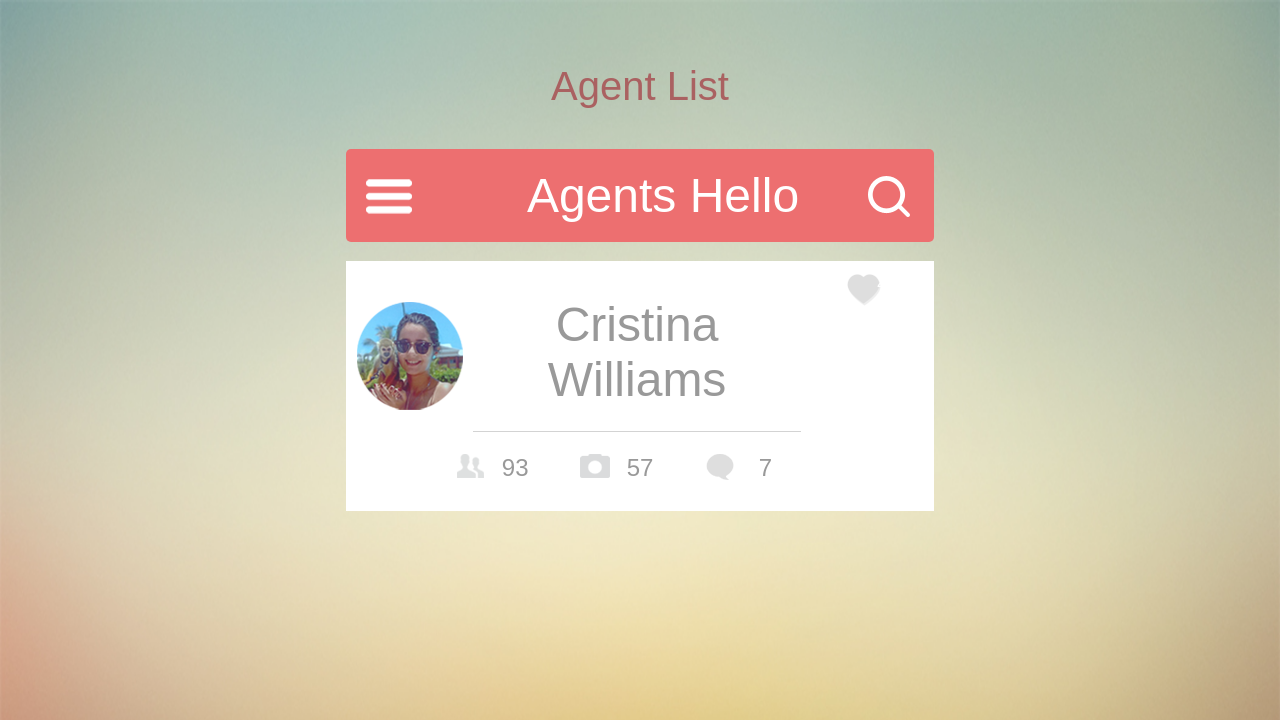
Repository: vibhu95/MatchFinder
Page: http://localhost/MatchFinder/agentsList.jsp
The author's editor kept a copy of each file at every save. The page is drawn from the files as they stood at one save, then again after the next save.
The browser window is 1280 px wide. The pictures show the whole page.
Some web fonts or font styles are not loaded; a fallback is used. The page is served by Tomcat 9. Other server files are loaded and not shown. Queries for data that is not in the repository find no rows.

Above is the page before, as saved 2018-02-01 02:40:23.

### workspace/MatchFinder/WebContent/agentsList.jsp
<%@page import="java.sql.*" %>
<%@page import="java.io.*" %>
<%@page import="java.util.ArrayList" %>
<%@page import="com.classes.*" %>

<head>
<script type="application/x-javascript"> addEventListener("load", function() { setTimeout(hideURLbar, 0); }, false); function hideURLbar(){ window.scrollTo(0,1); } </script>
<link href="agents/css/style.css" rel="stylesheet" type="text/css" media="all" />
<script src="agents/js/jquery.js" type="text/javascript"></script>
<link href='http://fonts.googleapis.com/css?family=Raleway:400,100,500,700,200,300' rel='stylesheet' type='text/css'>
</head>
<body>
<!--start-body-->
			<!--star-wrapper-demo-->
			<div class="wrapper-demo">
				<h1>Agent List</h1>
				<!--start-wrapper-dropdown-2-->
					<div id="dd" class="wrapper-dropdown-2 active" tabindex="1">Agents<i><img src="agents/images/menu.png"/></i>
									 <!-- start search-->
				    <div class="search-box">
					    <div id="sb-search" class="sb-search">
							<form action="#" method="post">
								<input class="sb-search-input" placeholder="Enter your search term..." onkeyup="" type="search" name="search" id="search">
								<input class="sb-search-submit" type="submit" value="">
								<span class="sb-icon-search"> </span>
							</form>
						</div>
				    </div>
				    <!-- search-scripts -->
					<script src="agents/js/classie.js"></script>
					<script src="agents/js/uisearch.js"></script>
						<script>
							new UISearch( document.getElementById( 'sb-search' ) );
							function sendInfo(){
								  var v=document.getElementById('search').value;
								  var url="Agents?val="+v;
								  alert(url);
								  if(window.XMLHttpRequest){
								   request=new XMLHttpRequest();
								  }
								  else if(window.ActiveXObject){
								  request=new ActiveXObject("Microsoft.XMLHTTP");
								  }
								  try{
								  request.onreadystatechange=getInfo();
								  request.open("GET",url,true);
								  request.send();
								  }catch(e){alert("Unable to connect to server");}
								  }
								  function getInfo(){
									  alert("getInf");
								  if(request.readyState==4){
									  alert("getInf readystat 4");
								  var val=request.responseText;
								  alert("getInf readystat 4 after val "+val);
									//  document.getElementById('valid').innerHTML=val;
								  alert(val);
								  }
								  alert("getInf end out of if");
								  }

						</script>
					<!-- /search-scripts -->
 				<!-- end search-->

 	<%
 	ArrayList<UserBean> all = new ArrayList<>();
 	ResultSet rs;
//	String search = request.getParameter("val");
    Connection con = (Connection) ConnectionCon.getConnection();
		try {
			Statement stm = (Statement) con.createStatement();
   //        rs = stm.executeQuery("select * from agents where ( concat(name,concat(email,concat(contact,address))) like '%"+ %> <script>document.write(document.getElementById("search").value);</script> <% //"%')");
		     rs = stm.executeQuery("select * from agents");
		   while(rs.next()){
			   UserBean b = new UserBean();
			   b.setId(rs.getInt("agent_id"));
		    	b.setName(rs.getString("name"));
		    	b.setAge_of_agent(Integer.parseInt(rs.getString("age_of_agent")));
		    	b.setAge_of_Business(Integer.parseInt(rs.getString("age_of_business")));
		    	b.setEmail(rs.getString("email"));
		    	b.setAddress(rs.getString("address"));
		    	b.setPassword(rs.getString("password"));
		    	Blob blob = rs.getBlob("dp");
		        byte[] byteArray = blob.getBytes(1, (int)blob.length());
		     	b.setDp(byteArray);
		    	b.setSub_amt(rs.getInt("sub_amt"));
		    	b.setContact(Long.parseLong(rs.getString("contact")));
		    	b.setLat(Double.parseDouble(rs.getString("latitude")));
		    	b.setLan(Double.parseDouble(rs.getString("longitude")));
		    	b.setStatus(rs.getInt("status"));
		        b.setMsg("Sucessfully logged In ");
		        b.setUpdate(1);
		        all.add(b);
		        System.out.println("SuccessFull Ajax of agent.java");
		    }
		    session.setAttribute("all", all);
		 out.print("hello");
	    } catch (SQLException e) {
			 }
 %>
 							<ul class="dropdown">
<%  for(UserBean b : all){
%>

								<div class="friends-grids">
									<div class="grids-left">
										<img src="getImage.jsp?id=<%=b.getId() %>" />
									</div>
									<div class="friend-grid"><p class="flowers">14k</p></div>
									<div class="grids-right">
										<h2><%=b.getName() %></h2>
										<img src="agents/images/heart.png" />
									<ul class="grids-right-info">
											<li class="user"><%=b.getAge_of_agent() %></li>
											<li class="camera"><%=b.getAge_of_Business() %></li>
											<li class="chat"><%=b.getId() %></li>
										<div class="clear"> </div>
									</ul>
									</div>
									<div class="clear"> </div>
								</div>
<%
}
%>
					           <div class="friends-grids">
									<div class="grids-left">
										<img src="agents/images/a2.png" />
									</div>
									<div class="friend-grid"><p class="flowers">21k</p></div>
									<div class="grids-right">
										<h2>Cristina Williams</h2>
										<!--<img src="agents/images/heart.png" />-->
									<ul class="grids-right-info">
											<li class="user">93</li>
											<li class="camera">57</li>
											<li class="chat">7</li>
										<div class="clear"> </div>
									</ul>
									</div>
									<div class="clear"> </div>
								</div>
							</ul>
					</div>
			</div>
			<!--end-wrapper-dropdown-2-->


			<!--start-script-->
			<script type="text/javascript">
							function DropDown(el) {
								this.dd = el;
								this.initEvents();
							}
							DropDown.prototype = {
								initEvents : function() {
									var obj = this;

									obj.dd.on('click', function(event){
										$(this).toggleClass('active');
										event.stopPropagation();
									});
								}
							}
							$(function() {

								var dd = new DropDown( $('#dd') );

								$(document).click(function() {
									// all dropdowns
									$('.wrapper-dropdown-2').removeClass('active');
								});

							});
			</script>
			<!--end-script-->
			<!--end-wrapper-demo-->

### workspace/MatchFinder/src/com/classes/ConnectionCon.java
package com.classes;
import java.sql.Connection;
import java.sql.DriverManager;

public class ConnectionCon
{
	static Connection con = null;
	public static Connection getConnection(){
	try{
		Class.forName("com.mysql.jdbc.Driver");
	    con = DriverManager.getConnection("jdbc:mysql://localhost:3306/db","root", "");
	   }
	catch(Exception e){
		System.out.println(e);
	     }
	return con;
	}
}

### workspace/MatchFinder/WebContent/agents/css/style.css

/* reset */
html,body,div,span,applet,object,iframe,h1,h2,h3,h4,h5,h6,p,blockquote,pre,a,abbr,acronym,address,big,cite,code,del,dfn,em,img,ins,kbd,q,s,samp,small,strike,strong,sub,sup,tt,var,b,u,i,dl,dt,dd,ol,nav ul,nav li,fieldset,form,label,legend,table,caption,tbody,tfoot,thead,tr,th,td,article,aside,canvas,details,embed,figure,figcaption,footer,header,hgroup,menu,nav,output,ruby,section,summary,time,mark,audio,video{margin:0;padding:0;border:0;font-size:100%;font:inherit;vertical-align:baseline;}
article, aside, details, figcaption, figure,footer, header, hgroup, menu, nav, section {display: block;}
ol,ul{list-style:none;margin:0px;padding:0px;}
blockquote,q{quotes:none;}
blockquote:before,blockquote:after,q:before,q:after{content:'';content:none;}
table{border-collapse:collapse;border-spacing:0;}
/* start editing from here */
a{text-decoration:none;}
.txt-rt{text-align:right;}/* text align right */
.txt-lt{text-align:left;}/* text align left */
.txt-center{text-align:center;}/* text align center */
.float-rt{float:right;}/* float right */
.float-lt{float:left;}/* float left */
.clear{clear:both;}/* clear float */
.pos-relative{position:relative;}/* Position Relative */
.pos-absolute{position:absolute;}/* Position Absolute */
.vertical-base{	vertical-align:baseline;}/* vertical align baseline */
.vertical-top{	vertical-align:top;}/* vertical align top */
nav.vertical ul li{	display:block;}/* vertical menu */
nav.horizontal ul li{	display: inline-block;}/* horizontal menu */
img{max-width:100%;}
/*end reset*/
body{
	background: url(../images/bg.jpg) no-repeat 0px 0px;
	background-size: cover;
	-webkit-background-size: cover;
	-moz-background-size: cover;
	-o-background-size: cover;
	font-family: 'Raleway', sans-serif;
	margin: 0;
}
/*-- start search--*/
h1 {
  text-align: center;
  color: #AA6161;
  padding-bottom: 1em;
  font-weight: 400;
  font-size: 2.5em;
}
.search-box{
	float:left;
}
.sb-search {
	position: absolute;
	right: 0px;
	width: 0%;
	min-width: 80px;
	height: 57px;
	overflow: hidden;
	-webkit-transition: width 0.3s;
	-moz-transition: width 0.3s;
	transition: width 0.3s;
	top: 17px;
}
.sb-search-input {
position: absolute;
  top: 0;
  left: 0;
  border: none;
  outline: none;
  background: #892F2F;
  width: 100%;
  height: 60px;
  margin: 0;
  z-index: 10;
   padding: 10px 90px 10px 10px;
  font-size: 15px;
  color: #ffffff;
}
.sb-search-input::-webkit-input-placeholder {
	color: #ffffff;
}
.sb-search-input:-moz-placeholder {
	color: #ffffff;
}
.sb-search-input::-moz-placeholder {
	color: #efb480;
}
.sb-search-input:-ms-input-placeholder {
	color: #ffffff;
}
.sb-icon-search, .sb-search-submit {
	width: 80px;
	height: 77px;
	display: block;
	position: absolute;
	right: 0;
	top: 0;
	padding: 0;
	margin: 0;
	line-height: 40px;
	text-align: center;
	cursor: pointer;
}
.sb-search-submit {
	background:url('../images/search.png') no-repeat 0 0;
	-ms-filter: "progid:DXImageTransform.Microsoft.Alpha(Opacity=0)"; /* IE 8 */
    filter: alpha(opacity=0); /* IE 5-7 */
    color: transparent;
	border: none;
	outline: none;
	z-index: -1;
	-webkit-appearance: none;
}
.sb-icon-search {
	  background: url('../images/search.png') no-repeat 14px 10px #ED6F70;
  z-index: 90;
}
/* Open state */
.sb-search.sb-search-open,.no-js .sb-search {
	width: 80%;
}
.sb-search.sb-search-open .sb-search-submit,.no-js .sb-search .sb-search-submit {
	z-index: 90;
}
/*--end search--*/
/****-----start-wrapper-demo----****/
.wrapper-demo
{
	width: 46%;
	height: 304px;
	  margin: 5% auto;
}
/****-----start-wrapper-dropdown-2----****/
.wrapper-dropdown-2 {
  position: relative;
  padding: 19px 20px 19px 20px;
  background: #ed6f70;
  outline: none;
  color: #fff;
  font-size: 3em;
  border-radius: 5px;
  -webkit-border-radius: 5px;
  -moz-border-radius: 5px;
  -o-border-radius: 5px;
  text-transform: capitalize;
  font-weight: 200;
  text-align: center;
}
.wrapper-dropdown-2 .dropdown {
  /* Size & position */
    position: absolute;
    top: 100%;
    left: 0px;
    right: 0px;
	border-radius:5px;
	-webkit-border-radius:5px;
	-moz-border-radius:5px;
	-o-border-radius:5px;
    /* Styles */
    -webkit-transition: all 0.3s ease-out;
    -moz-transition: all 0.3s ease-out;
    -ms-transition: all 0.3s ease-out;
    -o-transition: all 0.3s ease-out;
    transition: all 0.3s ease-out;
    list-style: none;
    z-index:1;
    /* Hiding */
    opacity: 0;
    pointer-events: none;
}
.wrapper-dropdown-2 .dropdown li:last-child{
	border-bottom:none;
}
.dropdown li:hover{
	color:#ED6F70;
}
.wrapper-dropdown-2 .dropdown  li:last-child{
	border-bottom-left-radius:5px;
	-webkit-border-bottom-left-radius:5px;
	-moz-border-bottom-left-radius:5px;
	-o-border-bottom-left-radius:5px;
	border-bottom-right-radius:5px;
	-webkit-border-bottom-right-radius:5px;
	-moz-border-bottom-right-radius:5px;
	-o-border-bottom-right-radius:5px;
}
.wrapper-dropdown-2 .dropdown  li:nth-child(2),.wrapper-dropdown-2 .dropdown  li:nth-child(3),.wrapper-dropdown-2 .dropdown  li:nth-child(4)
{
	border-radius: none;
}
/* Active state */
.wrapper-dropdown-2.active .dropdown {
    opacity: 1;
    pointer-events: auto;
}
/* No CSS3 support */
.no-opacity       .wrapper-dropdown-2 .dropdown,
.no-pointerevents .wrapper-dropdown-2 .dropdown {
    display: none;
    opacity: 1; /* If opacity support but no pointer-events support */
    pointer-events: auto; /* If pointer-events support but no pointer-events support */
}
.no-opacity       .wrapper-dropdown-2.active .dropdown,
.no-pointerevents .wrapper-dropdown-2.active .dropdown {
    display: block;
}
/*****/
.wrapper-dropdown-2 span {
	float: right;
	vertical-align: middle;
}
div#dd i img {
	float: left;
	cursor: pointer;
padding-top: 11px;
}
.friends-grids {
  padding: 2% 3% 4% 2%;
  background: #fff;
  margin: .4em 0;
}
li.Jessica p {
	text-align: center;
	color: #999;
}
ul.dropdown-2 p {
	text-align: center;
	color: #999;
}
ul.dropdown-1 li img {
	padding: 74px 0;
}
.grids-left {
	float: left;
}
.grids-right h2 {
text-align: center;
  color: #999;
  border-bottom: 1px solid#D3D3D3;
  width: 55%;
  margin: 0 auto;
  padding: 0.5em;
  font-size: 1em;
  font-weight: 300;
}
.grids-left img {
  padding-top: 29px;
}
ul.grids-right-info li {
  display: inline-block;
  padding: 0px 38px 0 45px;
  font-size: 24px;
  color: #999;
}
li.user:hover {
	opacity: 0.8;
}
.user {
	background: url(../images/user.png) no-repeat 0px 0px;
	width: 27px;
	height: 24px;
	cursor: pointer;
}
li.camera:hover {
	opacity: 0.8;
}
.camera{
	background: url(../images/camera.png) no-repeat 0px 0px;
	width:30px;
	height: 24px;
	cursor: pointer;
}
li.chat:hover {
	opacity: 0.8;
}
.chat{
	background: url(../images/chat.png) no-repeat 0px 0px;
	width:28px;
	height: 26px;
	cursor: pointer;
}
.friend-grid {
	background: url(../images/heart.png) no-repeat -13px -13px;
	  width: 70px;
	height: 33px;
	float: right;
	display: block;
	font-size: 16px;
	cursor: pointer;
}
.friend-grid:hover {
	background: url(../images/heart.png) no-repeat -13px -46px;
	  width: 70px;
	height: 33px;
	float: right;
	display: block;
}
p.flowers {
  padding-left: 1em;
}
.friend-grid:hover .flowers {
  color: #ed6f70;
  padding: 7% 0 0% 42%;
}
/*
.friend-grid p {
  padding-top: 6px;
  color: #FFFFFF;
  margin: 0;
  font-size: 13px;
}
.friend-grid p:hover {
  padding-top: 6px;
  color: #FFFFFF;
  margin: 0;
  font-size: 13px;
}
/*
.dropdown li a:hover span.stat{
	background: url(../images/heart.png) no-repeat -12px -47px;
	-webkit-transition: all 0.3s ease-out;
	-moz-transition: all 0.3s ease-out;
	-ms-transition: all 0.3s ease-out;
	-o-transition: all 0.3s ease-out;
	transition: all 0.3s ease-out;
}
.dropdown li a:hover span.icon {
	background: url(../images/heart.png) no-repeat -12px -47px;
	-webkit-transition: all 0.3s ease-out;
	-moz-transition: all 0.3s ease-out;
	-ms-transition: all 0.3s ease-out;
	-o-transition: all 0.3s ease-out;
	transition: all 0.3s ease-out;
}
/****-----end-wrapper-dropdown-2----****/
/****-----start-copyright----****/
.copy-right{
	text-align: center;
	margin-top:14em;
}
.copy-right p{
	color:#FFF;
	font-size: 0.8em;
	line-height:1.8em;
}
.copy-right p a{
	color:#ed6f70;
	-webkit-transition: all 0.3s ease-out;
	-moz-transition: all 0.3s ease-out;
	-ms-transition: all 0.3s ease-out;
	-o-transition: all 0.3s ease-out;
	transition: all 0.3s ease-out;
}
.copy-right p a:hover{
	color:#fff;
}
/****-----end-copyright----****/
/****----*media Queries----****/
@media only screen and (max-width: 480px) and (min-width:320px)
{
	.wrapper-demo {
	width: 350px;
	}
}
@media only screen and (max-width: 320px) and (min-width:240px)
{
	.wrapper-demo {
	width: 290px;
	}
	.wrapper-dropdown-2 {
	font-size: 1em;
	}
}
/****------end-media Queries-----****/
/*-----start-responsive-design------*/
@media (max-width:1440px){
	body {
		background-size: 100% 180%;
	}
	.grids-right h2 {
  width: 85%;
}
}
@media (max-width:1366px){
	.dropdown:after {
		right: 89.4%;
		top: -11%;
	}
	.grids-right h2 {
		  width: 77%;
	}
	.sb-search-input {
		padding: 12px 83px 12px 12px;
	}
}
@media (max-width:1280px){
	.grids-right h2 {
		width: 50%;
	}
}
@media (max-width:1040px){

}
@media (max-width:1024px){
	body {
		height: 609px;
	}
	.wrapper-demo {
		width: 60%;
	}
	.dropdown:after {
		border-color: #75989Drgba(0, 0, 0, 0);
	}
	.grids-right h2 {
  font-size: 0.7em;
}
}
@media (max-width:768px){
	body {
		height: 929px;
	}
	.wrapper-demo {
		height: 332px;
		padding-top: 0;
		margin-top: 18%;
		width: 80%;
	}
	.dropdown:after {
		border-color: #558086rgba(0, 0, 0, 0);
	}
}
@media (max-width:640px){
	body {
		height: 690px;
	}
	.wrapper-demo {
		height: 291px;
		padding-top: 0;
	}
	.dropdown:after {
		border-color: #70A2A9rgba(0, 0, 0, 0);
	}
	.friends-grids {
  padding: 5% 0% 5% 0%;
}
.grids-left img {
  padding-top: 26px;
  width: 65%;
}
ul.grids-right-info {
  padding-top: 16px;
}
.grids-right h2 {
    font-size: 1em;
  padding: 11px 0px 18px 12px;
  width: 55%;
}
	div#dd i img {
		width: 7%;
		  padding-top: 4px;
	}
	.sb-icon-search {
		background-size: 35%;
	}
	.sb-icon-search {
		background: url('../images/search.png') no-repeat 24px 5px #ED6F70;
		background-size: 35%;
	}
	.wrapper-dropdown-2 {
		font-size: 1.7em;
		padding: 24px 20px 17px 20px;
	}
	.sb-search-input {
		height: 40px;
	}
	.sb-icon-search, .sb-search-submit {
		height: 50px;
	}
}
@media (max-width:480px){
	ul.grids-right-info {
  padding-top: 0;
}
	.dropdown:before {
		right: 312px;
		top: -5%;
	}
		body {
		height: 690px;
	}
	.wrapper-demo {
		height: 291px;
		padding-top: 0;
	}
	.dropdown:after {
		border-color: #70A2A9rgba(0, 0, 0, 0);
	}
	div#dd i img {
		width: 7%;
	}
	.sb-icon-search {
		background-size: 35%;
	}
	.sb-icon-search {
		background: url('../images/search.png') no-repeat 24px 5px #ED6F70;
		background-size: 35%;
	}
	.wrapper-dropdown-2 {
		font-size: 1.7em;
		padding: 24px 20px 17px 20px;
	}
	.sb-search-input {
		height: 40px;
	}
	.sb-icon-search, .sb-search-submit {
		height: 50px;
	}
	.grids-left img {
		  width: 78%;
  padding-top: 19px;
	}
	.grids-right h2 {
		  font-size: 27px;
  padding: 11px 0px 22px 73px;
  width: 59%;
	}
	.wrapper-demo {
		width: 97%;
	}
	.friends-grids {
		padding: 27px 5px;
	}
	ul.grids-right-info li {
		margin-top: 1em;
		padding: 0px 37px 0 31px;
		  font-size: 22px;
	}
	.copy-right {
  padding-top: 17em;
}
}
@media (max-width:320px){
	.dropdown:before {
		right: 258px;
		top: -5%;
	}
	body {
		height: 490px;
	}
	.wrapper-demo {
		height: 336px;
		padding-top: 0;
	}
	.dropdown:after {
		border-color: #70A2A9rgba(0, 0, 0, 0);
	}
	div#dd i img {
		  width: 10%;
	}
	.sb-icon-search {
		background-size: 35%;
	}
	.sb-icon-search {
		background: url('../images/search.png') no-repeat 24px 5px #ED6F70;
		background-size: 35%;
	}
	.wrapper-dropdown-2 {
font-size: 1.3em;
  padding: 21px 47px 21px 16px;
  text-align: center;
	}
	.sb-search-input {
		height: 40px;
		  font-size: 11px;
	}
	.sb-icon-search, .sb-search-submit {
		height: 50px;
	}
	.grids-left img {
		width: 67%;
		  padding-top: 0;
	}
	.grids-right h2 {
		  font-size: 14px;
		  padding: 6px 0px 13px 85px;
	}
	.wrapper-demo {
		  width: 94%;

	}
	.friends-grids {
		padding: 27px 0px;
	}
	.user {
  background: url(../images/user.png) no-repeat 0px 0px;
  width: 0px;
  height: 18px;
  background-size: 20px;
	}
	.camera {
  background: url(../images/camera.png) no-repeat 0px 0px;
  width: 0;
  height: 18px;
  background-size: 20px;
	}
	.chat {
		background: url(../images/chat.png) no-repeat 0px 0px;
		width: 0;
		height: 18px;
		 background-size: 20px;
	}
	ul.grids-right-info li {
  font-size: 16px;
  padding: 0px 27px;
	}
	.copy-right {
		margin-top: 0em;
		  padding-top: 6em;
	}
	.friend-grid {
  background: url(../images/heart.png) no-repeat -8px -11px;
  width: 50px;
  height: 22px;
  background-size: 44px;
}
	.friend-grid:hover {
   background: url(../images/heart.png) no-repeat -8px -36px;
  width: 50px;
  height: 22px;
  background-size: 44px;
}
p.flowers {
  padding-left: 1.5em;
}
}
/*-----End-responsive-design------*/

### workspace/MatchFinder/WebContent/agents/js/classie.js
/*!
 * classie - class helper functions
 * from bonzo https://github.com/ded/bonzo
 *
 * classie.has( elem, 'my-class' ) -> true/false
 * classie.add( elem, 'my-new-class' )
 * classie.remove( elem, 'my-unwanted-class' )
 * classie.toggle( elem, 'my-class' )
 */

/*jshint browser: true, strict: true, undef: true */
/*global define: false */

( function( window ) {

'use strict';

// class helper functions from bonzo https://github.com/ded/bonzo

function classReg( className ) {
  return new RegExp("(^|\\s+)" + className + "(\\s+|$)");
}

// classList support for class management
// altho to be fair, the api sucks because it won't accept multiple classes at once
var hasClass, addClass, removeClass;

if ( 'classList' in document.documentElement ) {
  hasClass = function( elem, c ) {
    return elem.classList.contains( c );
  };
  addClass = function( elem, c ) {
    elem.classList.add( c );
  };
  removeClass = function( elem, c ) {
    elem.classList.remove( c );
  };
}
else {
  hasClass = function( elem, c ) {
    return classReg( c ).test( elem.className );
  };
  addClass = function( elem, c ) {
    if ( !hasClass( elem, c ) ) {
      elem.className = elem.className + ' ' + c;
    }
  };
  removeClass = function( elem, c ) {
    elem.className = elem.className.replace( classReg( c ), ' ' );
  };
}

function toggleClass( elem, c ) {
  var fn = hasClass( elem, c ) ? removeClass : addClass;
  fn( elem, c );
}

var classie = {
  // full names
  hasClass: hasClass,
  addClass: addClass,
  removeClass: removeClass,
  toggleClass: toggleClass,
  // short names
  has: hasClass,
  add: addClass,
  remove: removeClass,
  toggle: toggleClass
};

// transport
if ( typeof define === 'function' && define.amd ) {
  // AMD
  define( classie );
} else {
  // browser global
  window.classie = classie;
}

})( window );

Loaded but not shown: workspace/MatchFinder/WebContent/agents/js/jquery.js (library); workspace/MatchFinder/WebContent/agents/js/uisearch.js (135 lines, source omitted)

After the next save:
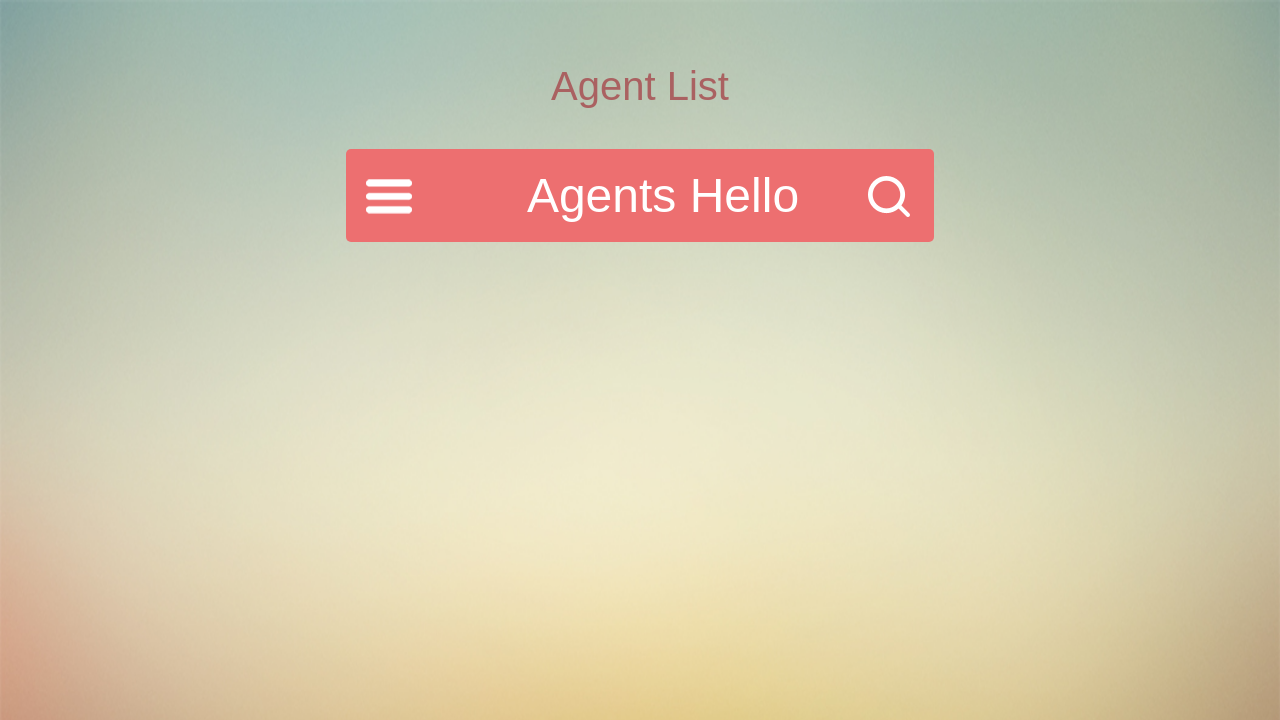
Saved 22 s later.
--- a/workspace/MatchFinder/WebContent/agentsList.jsp
+++ b/workspace/MatchFinder/WebContent/agentsList.jsp
@@ -123,23 +123,6 @@
 <%
 }
 %>
-					           <div class="friends-grids">
-									<div class="grids-left">
-										<img src="agents/images/a2.png" />
-									</div>
-									<div class="friend-grid"><p class="flowers">21k</p></div>
-									<div class="grids-right">
-										<h2>Cristina Williams</h2>
-										<!--<img src="agents/images/heart.png" />-->
-									<ul class="grids-right-info">
-											<li class="user">93</li>
-											<li class="camera">57</li>
-											<li class="chat">7</li>
-										<div class="clear"> </div>
-									</ul>
-									</div>
-									<div class="clear"> </div>
-								</div>
 							</ul>
 					</div>
 			</div>
